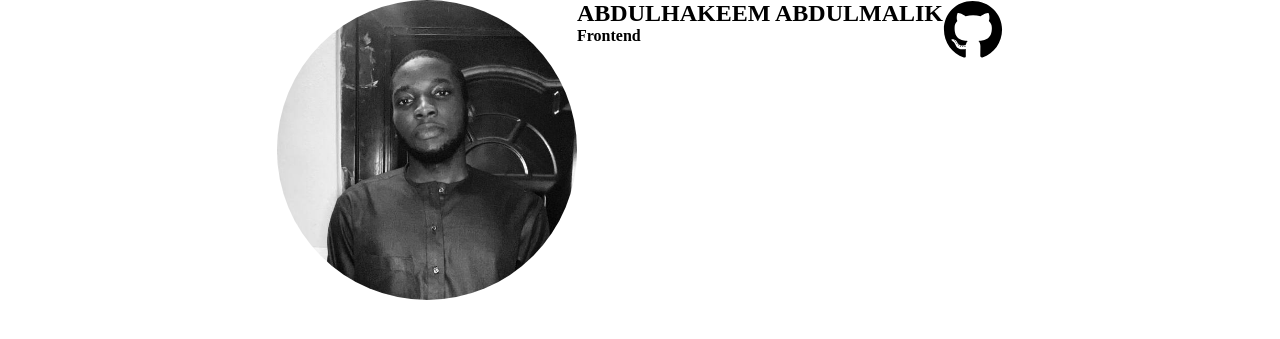
Repository: malikhakeem/HNG-TASK
Page: HNG-TASK1.html
The author's editor kept a copy of each file at every save. The page is drawn from the files as they stood at one save, then again after a run of saves.
The browser window is 1280 px wide. The pictures show the whole page.

Above is the page before, as saved 2023-09-08 21:46:58.

### HNG-TASK1.html
<!DOCTYPE html>
<html lang="en">

<head>
    <meta charset="UTF-8">
    <meta name="viewport" content="width=device-width, initial-scale=1.0">

    <link rel="stylesheet" href="./HNG-TASK!.css">
    <title>HNG</title>
</head>

<body>
    <div class="body">
        <div class="nav">
            <div class="nav-left"><img data-testId="slackDisplayImage" class="profile-pic" src="./pic/kim.jpg"alt="Malik" /></div>
            <div class="nav-mid">
                <div class="slack-name">
                    <h2>ABDULHAKEEM ABDULMALIK</h2>
                </div>
                <div class="track">
                    <h4>Frontend</h4>
                </div>
            </div>
            <div data-testId="slackUserName" class="nav-right">
                <a href="link address"><img src="./pic//github.svg" width="60" height="60"></a>
            </div>

        </div>
    </div>

</body>

</html>

### HNG-TASK!.css
*{
    padding:0px;
    margin:0px;

}

.profile-pic{
    width:300px;
    height:300px;
    border-radius: 50%;
}
.nav{
    display:flex;

    justify-content: space-between;
    /* padding: 0px 100px 0px 100px; */
}

.body{
    display:flex;
    justify-content: center;
    /* align-items: center; */
}

After the next 2 saves:
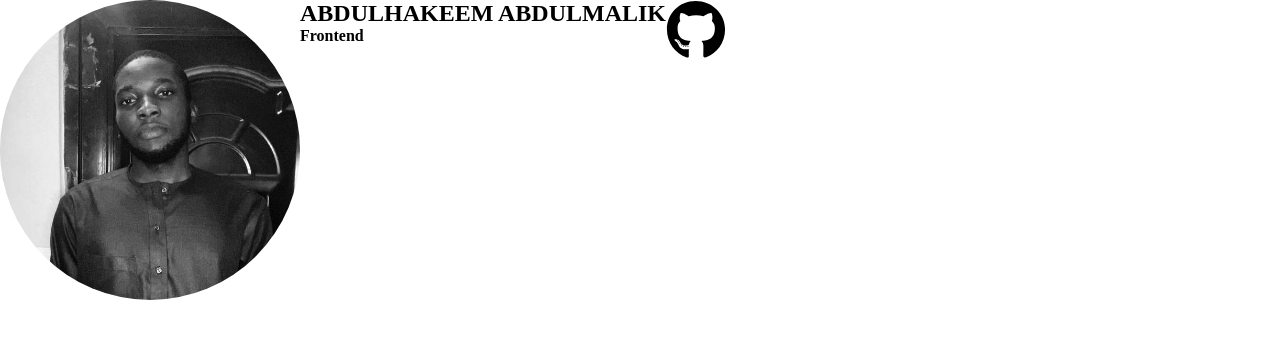
The 2 saves are shown as one change because they came seconds apart.
The last was saved 10 s later.
--- a/HNG-TASK!.css
+++ b/HNG-TASK!.css
@@ -18,6 +18,6 @@
 
 .body{
     display:flex;
-    justify-content: center;
-    /* align-items: center; */
+    /* justify-content: center; */
+    align-items: center;
 }
